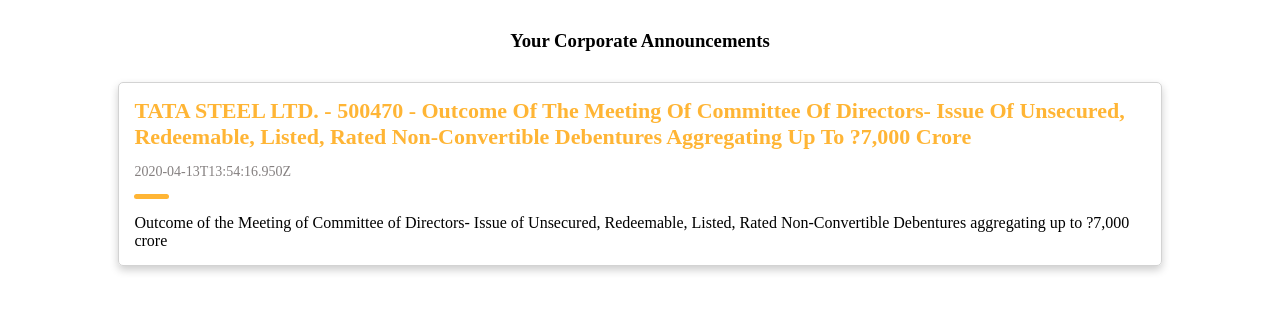
Repository: bhumikagohil/announcements
Page: card1.html
An editor plug-in stored every save of this project. The page is shown before and after the next save, followed by the edit.
The browser window is 1280 px wide. The pictures show the whole page.
The page's requests for data from a server got no answer.

Above is the page before, as saved 2021-05-10 12:46:12.

### card1.html
<!DOCTYPE html>
<html>

<head>
    <meta name="viewport" content="width=device-width, initial-scale=1">
    <link rel="stylesheet" type="text/css" href="card1.css" />
</head>

<body>
    <div class="header-container">
        <h3 class="heading">Your Corporate Announcements</h3>
    </div>

    <div class="cards-container">
        <div class="card">
            <h5 class="title"> TATA STEEL LTD. - 500470 - Outcome Of The Meeting Of Committee Of Directors- Issue Of
                Unsecured, Redeemable, Listed, Rated
                Non-Convertible Debentures Aggregating Up To ?7,000 Crore</h5>
            <p class="time">2020-04-13T13:54:16.950Z</p>
            <hr />
            <div class="summary">
                Outcome of the Meeting of Committee of Directors- Issue of Unsecured, Redeemable, Listed, Rated
                Non-Convertible Debentures aggregating up to ?7,000 crore
            </div>
        </div>
    </div>


</body>
<script>

    const endpoint = "https://picsum.photos/v2/list";

    fetch(endpoint)
        .then(function (response) {
            return response.json();
        })
        .then(function (data) {
            const newCard = data.map(item => {
                return `
                <div class="card">
                    <h5 class="title">
                        ${item.author}
                    </h5>
                    <p class="time">
                        ${item.width}
                    </p>
                    <hr/>
                    <div class="summary">
                        ${item.url}
                    </div>
                </div>
                `
            })

            // document.querySelector(".cards-container").insertAdjacentHTML("afterbegin", newCard);
        })
        .catch(function (err) {
            console.log('error: ' + err);
        });

</script>


</html>

### card1.css
.header-container {
  width: 80%;
  margin: 30px auto;
}

.heading {
  text-align: center;
}

.cards-container {
  width: 100%;
}

.card {
  padding: 15px;
  box-shadow: 0 4px 8px 0 rgb(0 0 0 / 20%);
  width: 80%;
  border: 1px solid #d3d3d3;
  border-radius: 5px;
  margin: auto;
  margin-bottom: 10px;
}

.title {
  font-weight: bolder;
  font-size: 22px;
  margin-block: 0;
  color: #ffb535;
}

hr {
  content: "";
  height: 5px;
  background: #ffb535;
  width: 35px;
  border-radius: 3px;
  margin-left: 0;
  border: none;
}

.time {
  font-size: 14px;
  color: #858080;
}

.summary {
  overflow-x: auto;
  margin-top: 15px;
}

After the next save:
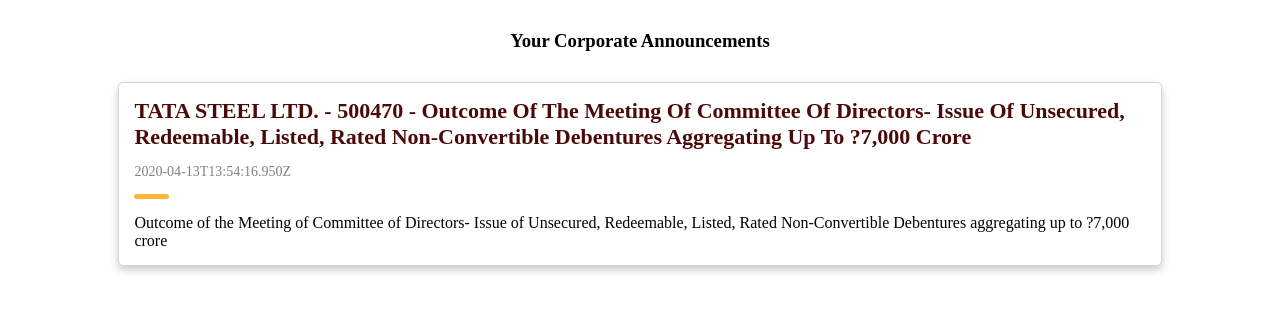
Saved 47 s later.
--- a/card1.css
+++ b/card1.css
@@ -25,8 +25,7 @@
   font-weight: bolder;
   font-size: 22px;
   margin-block: 0;
-  color: #ffb535;
-}
+  color: #4b0a0a;}
 
 hr {
   content: "";
